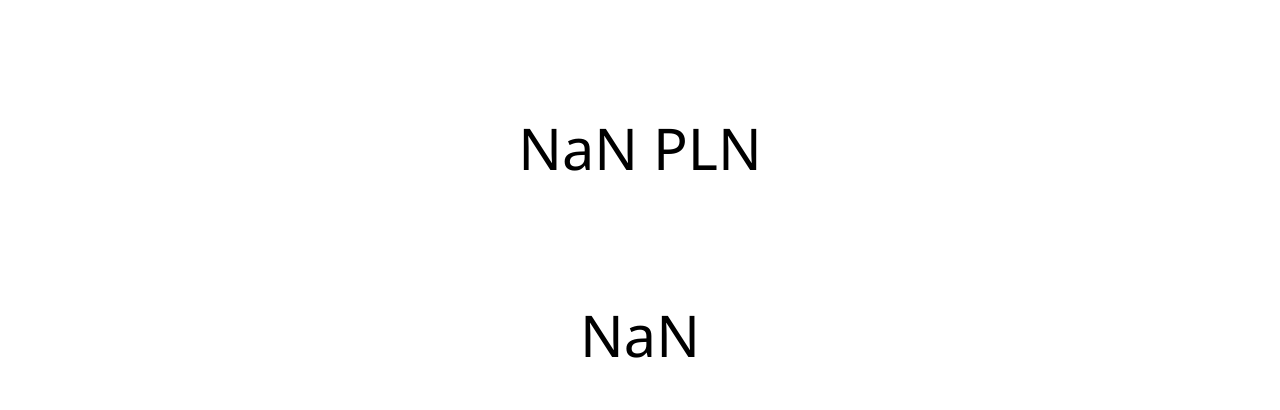
Repository: michalgornicki/bitcoin-virtual
Page: /
These files come from the project's save history. The page is drawn as it stood at one moment and after the next save; the edit follows.
The browser window is 1280 px wide. The pictures show the whole page.
The project was rebuilt for these pictures with package versions that can differ from the ones it lists, and the page was loaded fresh each time.

Above is the page before, as saved 2021-12-05 20:46:07.

After the next save:
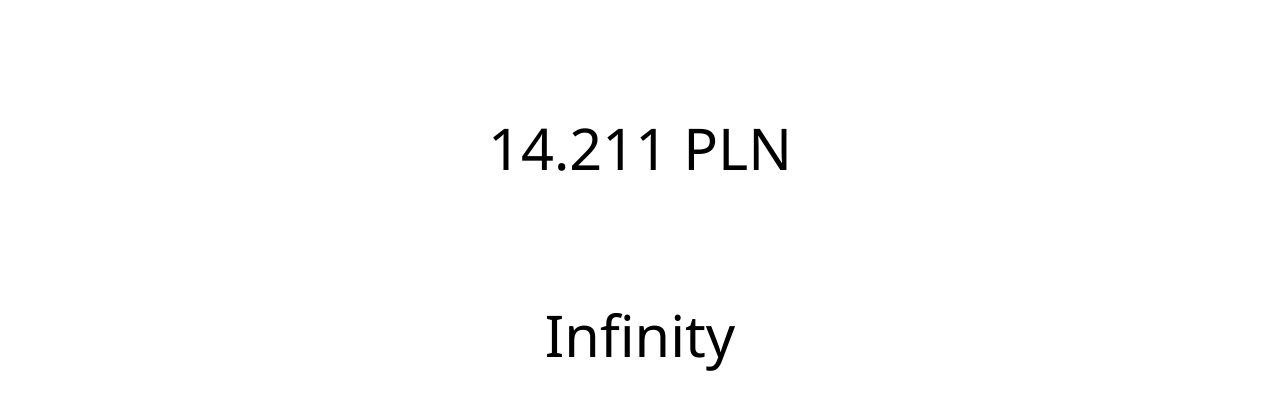
Saved 7 s later.
--- a/src/App.jsx
+++ b/src/App.jsx
@@ -3,7 +3,7 @@ import './App.css';
 
 function App() {
 
-const [bitcoinPrice, setBitcoinPrice] = useState();
+const [bitcoinPrice, setBitcoinPrice] = useState(0);
 const [plnPrice, setPlnPrice] = useState(0.2);
 
 
